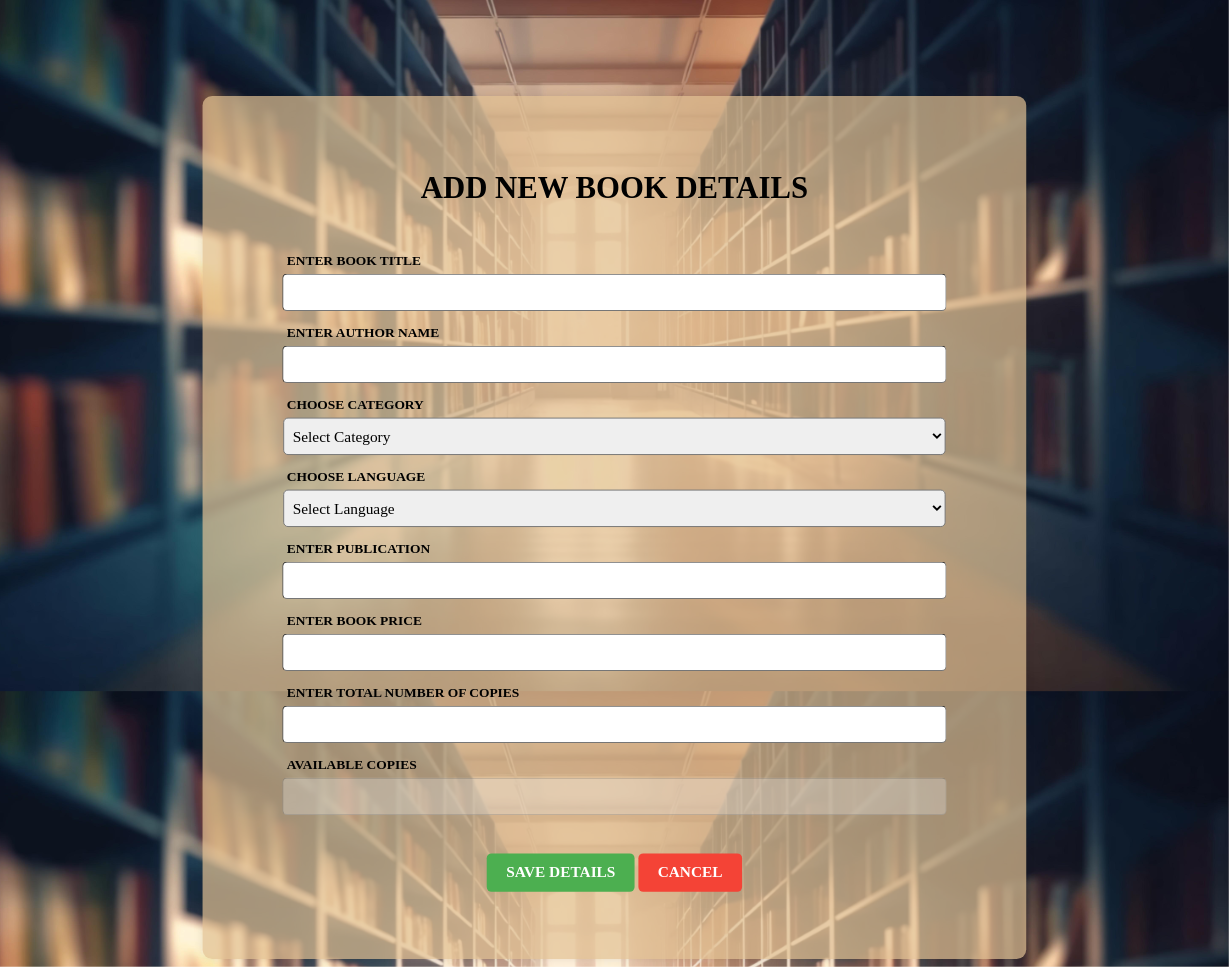
Repository: devikrishna908/RURAL-LIBRARY-MANAGEMENT
Page: http://localhost/library-management/WEB-INF/jsp/add-book.jsp
The author's editor kept a copy of each file at every save. The page is drawn from the files as they stood at one save, then again after the next save.
The browser window is 1280 px wide. The pictures show the whole page, at 96% of full size.
Backgrounds fixed to the window are drawn as part of the page. The page is served by Tomcat 9. Nobody is signed in. Other server files are loaded and not shown. The template is opened directly, without the code that normally fills it, so the values that code supplies are empty.

Above is the page before, as saved 2024-05-24 08:41:11.

### library-management/src/main/webapp/WEB-INF/jsp/add-book.jsp
<%@ page language="java" contentType="text/html; charset=ISO-8859-1"
    pageEncoding="ISO-8859-1"%>
<!DOCTYPE html>
<html>
<head>
<meta charset="ISO-8859-1">
<title>Add Book</title>
<link rel="stylesheet" href="css/new-book.css">
<script src="js/add-book.js" type="text/javascript"></script>

</head>
<body>
	<div class="container">
		<h2>ADD NEW BOOK DETAILS</h2>
		<div class="form-container">
			<form name="create" method="post" action="/save-book" onsubmit="return validateForm()">

	    	    <label for="bookTitle">ENTER BOOK TITLE</label>
    	    	<input type="text" id="bookTitle" name="bookTitle"><br>

		        <label for="author">ENTER AUTHOR NAME</label>
    		    <input type="text" id="author" name="author"><br>

				<label for="category">CHOOSE CATEGORY</label>
				<select id="category" name="category">
					<option value="nil">Select Category</option>
					<option value="NOVEL">NOVEL</option>
					<option value="ARTICLES">ARTICLES</option>
					<option value="BIOGRAPHY">BIOGRAPHY</option>
					<option value="SHORT STORIES">SHORT STORIES</option>
					<option value="TRAVELOGUE">TRAVELOGUE</option>
					<option value="CLASSICS">CLASSICS</option>
					<option value="COMICS">COMICS</option>
					<option value="EDUCATION AND STUDY AID">EDUCATION AND STUDY AID</option>
					<option value="HEALTH AND FITNESS">HEALTH AND FITNESS</option>
					<option value="DRAMA">DRAMA</option>
					<option value="SCIENCE FICTION">SCIENCE FICTION</option>
					<option value="NON FICTION">NON FICTION</option>
					<option value="CHILDREN'S LITERATURE">CHILDREN'S LITERATURE</option>
					<option value="FANTASY">FANTASY</option>
					<option value="HISTORY">HISTORY</option>
					<option value="SCIENCE">SCIENCE</option>
				</select>

				<label for="language">CHOOSE LANGUAGE</label>
				<select id="language" name="language">
					<option value="nil">Select Language</option>
					<option value="ENGLISH">ENGLISH</option>
					<option value="MALAYALAM">MALAYALAM</option>
					<option value="HINDI">HINDI</option>
				</select>

		        <label for="publication">ENTER PUBLICATION</label>
    		    <input type="text" id="publication" name="publication"><br>

		        <label for="price">ENTER BOOK PRICE</label>
    		    <input type="text" id="price" name="price"><br>

		        <label for="total">ENTER TOTAL NUMBER OF COPIES</label>
    		    <input type="text" id="total" name="totalCopies" oninput="updateAvailableCopies()"><br>

		        <label for="available">AVAILABLE COPIES</label>
    		    <input type="text" id="available" name="availableCopies" disabled><br>

				<div class="input-button">
					<input type="submit" value="SAVE DETAILS" class="insert">
					<input type="button" value="CANCEL" class="cancel" onclick="cancelAction()"> <br>
				</div>
			</form>
		</div>

	</div>

</body>
</html>

### library-management/src/main/resources/static/css/new-book.css

body {
    background-image: url('../images/bg.jpg');
    background-size: cover;
    background-repeat: no-repeat;
    background-attachment: fixed;
}

h2 {
	text-align: center;
	margin-bottom: 50px;
	color:black;
	font-size: 32px;
}

.form-container {
	text-align: center;
}

.container {
	width: 60%; /* Adjust the width of the container as needed */
	margin: 0 auto; /* Center the container horizontally */
	margin-top: 100px;
	background-color: rgb(225, 192, 147,0.7);
	/* Set the background color of the container */
	padding: 50px; /* Add some padding to the container */
	border-radius: 10px; /* Add rounded corners to the container */
	box-shadow: 0 0 10px rgba(0, 0, 0, 0.1);
	/* Add a shadow effect to the container */
}

.form-container label {
	display: block;
	text-align: left;
	font-family: serif;
	font-size: 14px;
	font-weight:bold;
	margin-top:5px;
	margin-bottom: 5px;
	margin-left: 5%; /* Add some space between labels and input boxes */
}

.form-container input[type="password"] {
	border-radius: 5px;
	border-width: 1px;
	font-family:serif;
	font-size:12pt;
	padding-left:5px;
	width: 90%; /* Set the width of input boxes */
	margin-bottom: 10px; /* Add some space between input boxes */
	height: 35px;
}
.form-container select {
    border-radius: 5px;
    border-width: .5px;
    font-family: serif;
    font-size: 12pt;
    padding-left: 5px;
    width: 91%; /* Set the width of the select box */
    margin-bottom: 10px; /* Add some space between input boxes */
    height: 39px;
}

.form-container input[type="text"] {
	border-radius: 5px;
	border-width: .5px;
	font-family:serif;
	font-size:12pt;
	padding-left:5px;
	width: 90%; /* Set the width of input boxes */
	margin-bottom: 10px; /* Add some space between input boxes */
	height: 35px;
}

.form-container textarea {
	width: 90%; /* Set the width of input boxes */
	margin-bottom: 10px; /* Add some space between input boxes */
	padding-left:5px;
	font-family:serif;
	font-size:12pt;
	border-width: .5px;
	border-radius: 5px;
}

.form-container textarea {
	height: 100px; /* Set the height of the textarea */
}

.input-button {
	text-align: center;
	margin-top: 30px; /* Space above the buttons */
	margin-bottom: 20px;
}

.input-button input[type="submit"], .input-button input[type="button"] {
	height: 40px;
	padding: 8px 20px;
	font-size: 12pt;
	border: none;
	font-family: 'Times New Roman', Times, serif;
	font-weight: bold;
	cursor: pointer;
	border-radius: 5px;
}

.input-button input[type="submit"].insert {
	background-color: #4CAF50;
	/* Green background for the "CREATE" button */
	color: white;
}

.input-button input[type="button"].cancel {
	background-color: #f44336; /* Red background for the "CANCEL" button */
	color: white;
}

### library-management/src/main/resources/static/js/add-book.js
    // Function to update Available Copies when Total Copies value changes
    function updateAvailableCopies() {
        var totalCopies = document.getElementById("total").value;
        if (totalCopies === "") {
            document.getElementById("available").value = "";
        } else {
            var totalCopiesInt = parseInt(totalCopies);
            if (!isNaN(totalCopiesInt)) {
                document.getElementById("available").value = totalCopiesInt;
            }
        }
    }


    function validateForm() {
        var bookTitle = document.getElementById("bookTitle").value;
        var author = document.getElementById("author").value;
        var category = document.getElementById("category").value;
        var language = document.getElementById("language").value;
        var publication = document.getElementById("publication").value;
        var price = document.getElementById("price").value;
        var total = document.getElementById("total").value;

        // Check if all fields are filled and not just spaces
        if (bookTitle.trim() === "" || author.trim() === "" || category === "nil" || language === "nil" || publication.trim() === "" || price.trim() === "" || total.trim() === "") {
            alert("Please fill out all fields.");
            return false;
        }

        // Check if total copies is an integer
        if (!Number.isInteger(parseFloat(total)) || parseInt(total) <= 0) {
            alert("Total Copies must be a positive integer value.");
            return false;
        }

        // Check if price is a float or integer
        if (isNaN(price) || parseFloat(price) <= 0) {
            alert("Price must be a positive number.");
            return false;
        }

        return true;
    }


    function cancelAction() {
		window.location.href = '/home';
    }

After the next save:
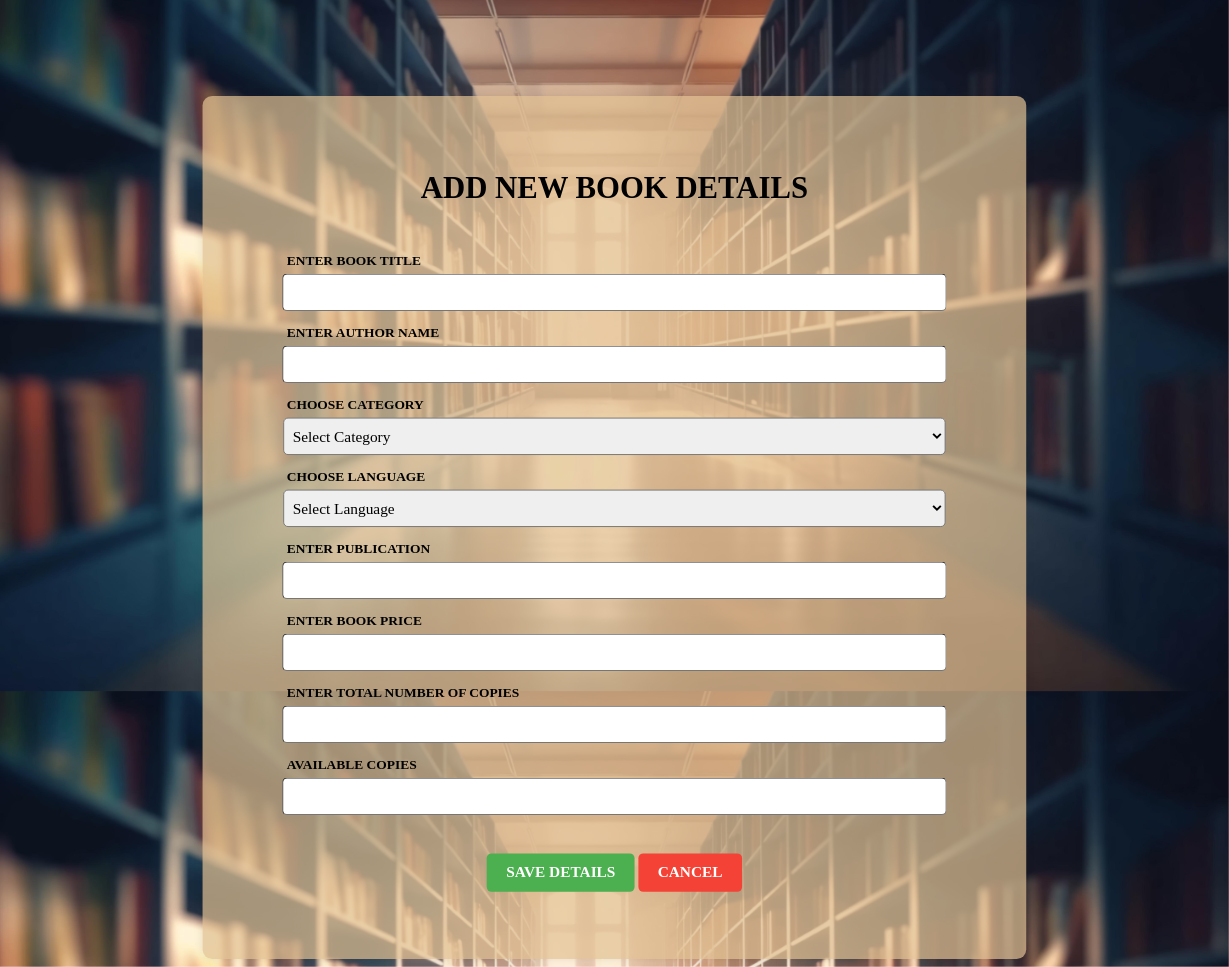
Saved 5 min 31 s later.
--- a/library-management/src/main/webapp/WEB-INF/jsp/add-book.jsp
+++ b/library-management/src/main/webapp/WEB-INF/jsp/add-book.jsp
@@ -60,7 +60,7 @@
     		    <input type="text" id="total" name="totalCopies" oninput="updateAvailableCopies()"><br>
 
 		        <label for="available">AVAILABLE COPIES</label>
-    		    <input type="text" id="available" name="availableCopies" disabled><br>
+    		    <input type="text" id="available" name="availableCopies"><br>
 
 				<div class="input-button">
 					<input type="submit" value="SAVE DETAILS" class="insert">

After the 4 saves that followed:
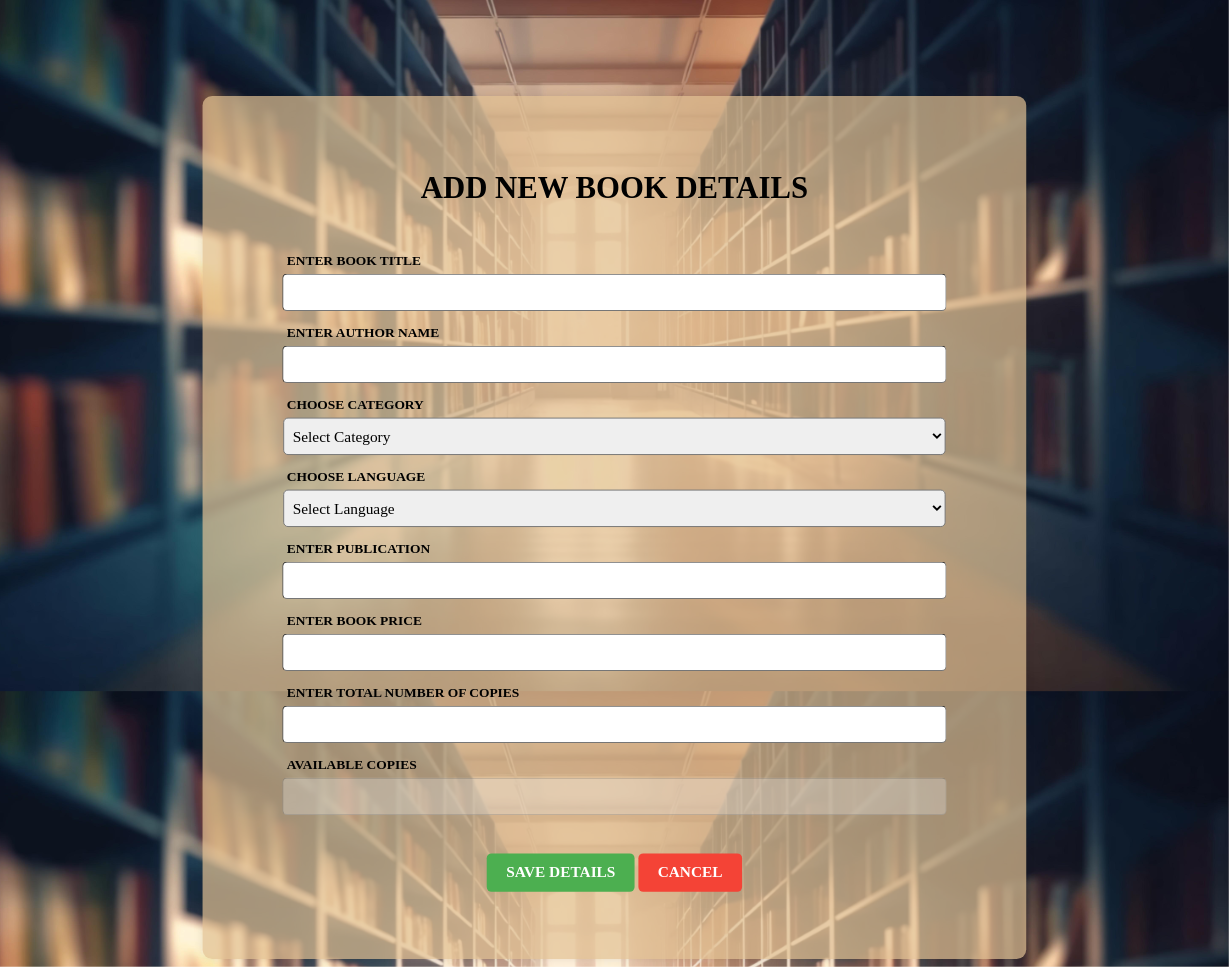
The 4 saves are shown as one change because 3 left the picture as it was.
The last was saved 7 min 16 s later.
--- a/library-management/src/main/webapp/WEB-INF/jsp/add-book.jsp
+++ b/library-management/src/main/webapp/WEB-INF/jsp/add-book.jsp
@@ -60,7 +60,7 @@
     		    <input type="text" id="total" name="totalCopies" oninput="updateAvailableCopies()"><br>
 
 		        <label for="available">AVAILABLE COPIES</label>
-    		    <input type="text" id="available" name="availableCopies"><br>
+    		    <input type="text" id="available" name="availableCopies" disabled><br>
 
 				<div class="input-button">
 					<input type="submit" value="SAVE DETAILS" class="insert">
--- a/library-management/src/main/resources/static/js/add-book.js
+++ b/library-management/src/main/resources/static/js/add-book.js
@@ -1,14 +1,16 @@
     // Function to update Available Copies when Total Copies value changes
     function updateAvailableCopies() {
         var totalCopies = document.getElementById("total").value;
+        var availableInput = document.getElementById("available");
         if (totalCopies === "") {
-            document.getElementById("available").value = "";
+            availableInput.value = "";
         } else {
             var totalCopiesInt = parseInt(totalCopies);
             if (!isNaN(totalCopiesInt)) {
-                document.getElementById("available").value = totalCopiesInt;
+                availableInput.value = totalCopiesInt;
             }
         }
+        availableInput.disabled = true;
     }
 
 
